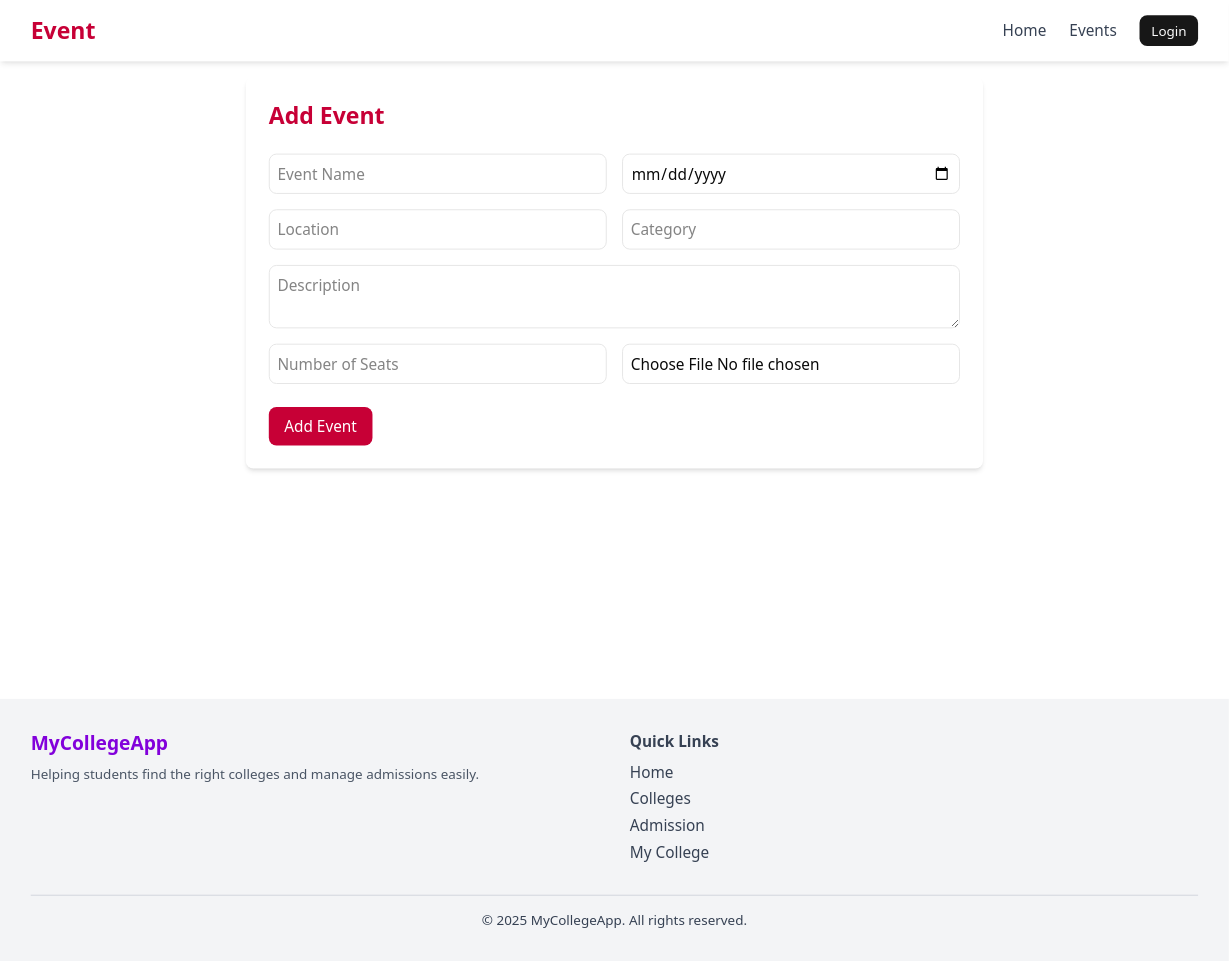
Repository: shshafin/event-client
Page: /add-event
An editor plug-in stored every save of this project. The page is shown before and after the next save, followed by the edit.
The browser window is 1280 px wide. The pictures show the whole page, at 96% of full size.
The page's requests for data from a server got no answer. The project was rebuilt for these pictures with package versions that can differ from the ones it lists, and the page was loaded fresh each time. The framework's server and built-in components were replaced by stand-ins that run in the browser. No one was signed in, and anything a server would have sent is missing. Also part of the build but not shown: next.config.ts, src/components/ui/dropdown-menu.tsx.

Above is the page before, as saved 2025-10-30 01:04:59.

### src/app/layout.tsx
import "@/styles/globals.css";
import { Viewport } from "next";
import clsx from "clsx";

import { fontSans } from "@/config/font";
import { Providers } from "@/lib/provider";

export const viewport: Viewport = {
  themeColor: [
    { media: "(prefers-color-scheme: light)", color: "white" },
    { media: "(prefers-color-scheme: dark)", color: "black" },
  ],
};

export default function RootLayout({
  children,
}: {
  children: React.ReactNode;
}) {
  return (
    <html
      suppressHydrationWarning
      lang="en">
      <head />
      <body
        className={clsx(
          "min-h-screen bg-background font-sans antialiased",
          fontSans.variable
        )}>
        <Providers>{children}</Providers>
      </body>
    </html>
  );
}

### src/app/(withCommonLayout)/layout.tsx
import Footer from "@/components/ui/Footer";
import Navbar from "@/components/ui/Navbar";
import React from "react";

const withCommonLayout = ({ children }: { children: React.ReactNode }) => {
  return (
    <div className="relative flex flex-col h-screen">
      <Navbar />
      <main>{children}</main>
      <Footer />
    </div>
  );
};

export default withCommonLayout;

### src/app/(withCommonLayout)/(admin)/add-event/page.tsx
"use client";

import { useState } from "react";
import { zodResolver } from "@hookform/resolvers/zod";
import * as z from "zod";
import { useAddEvent } from "@/hooks/event.hook";
import FXForm from "@/components/form/FXForm";
import { useFormContext } from "react-hook-form";

// Event validation schema
const eventSchema = z.object({
  name: z.string().min(1, "Event name is required"),
  date: z.string().min(1, "Date is required"),
  location: z.string().min(1, "Location is required"),
  category: z.string().min(1, "Category is required"),
  description: z.string().min(1, "Description is required"),
  numberOfSeats: z.number().min(1, "Number of seats must be at least 1"),
  image: z.any(),
});

type EventFormValues = z.infer<typeof eventSchema>;

// Input fields using useFormContext
const EventFormInputs = () => {
  const {
    register,
    formState: { errors },
  } = useFormContext<EventFormValues>();

  return (
    <div className="grid gap-4 sm:grid-cols-1 md:grid-cols-2">
      <div className="flex flex-col">
        <input
          type="text"
          placeholder="Event Name"
          {...register("name")}
          className="border p-2 rounded-md w-full"
        />
        {errors.name && (
          <p className="text-red-500 text-sm">{errors.name.message}</p>
        )}
      </div>

      <div className="flex flex-col">
        <input
          type="date"
          {...register("date")}
          className="border p-2 rounded-md w-full"
        />
        {errors.date && (
          <p className="text-red-500 text-sm">{errors.date.message}</p>
        )}
      </div>

      <div className="flex flex-col">
        <input
          type="text"
          placeholder="Location"
          {...register("location")}
          className="border p-2 rounded-md w-full"
        />
        {errors.location && (
          <p className="text-red-500 text-sm">{errors.location.message}</p>
        )}
      </div>

      <div className="flex flex-col">
        <input
          type="text"
          placeholder="Category"
          {...register("category")}
          className="border p-2 rounded-md w-full"
        />
        {errors.category && (
          <p className="text-red-500 text-sm">{errors.category.message}</p>
        )}
      </div>

      <div className="flex flex-col md:col-span-2">
        <textarea
          placeholder="Description"
          {...register("description")}
          className="border p-2 rounded-md w-full"
        />
        {errors.description && (
          <p className="text-red-500 text-sm">{errors.description.message}</p>
        )}
      </div>

      <div className="flex flex-col">
        <input
          type="number"
          placeholder="Number of Seats"
          {...register("numberOfSeats", { valueAsNumber: true })}
          className="border p-2 rounded-md w-full"
        />
        {errors.numberOfSeats && (
          <p className="text-red-500 text-sm">{errors.numberOfSeats.message}</p>
        )}
      </div>

      <div className="flex flex-col">
        <input
          type="file"
          accept="image/*"
          {...register("image")}
          className="border p-2 rounded-md w-full"
        />
      </div>
    </div>
  );
};

export default function AddEventPage() {
  const { mutateAsync, isPending } = useAddEvent();
  const [error, setError] = useState<string | null>(null);

  const handleSubmit = async (data: EventFormValues) => {
    try {
      const formData = new FormData();
      formData.append("name", data.name);
      formData.append("date", data.date);
      formData.append("location", data.location);
      formData.append("category", data.category);
      formData.append("description", data.description);
      formData.append("numberOfSeats", data.numberOfSeats.toString());

      if (data.image?.length > 0) {
        formData.append("image", data.image[0]);
      }

      await mutateAsync(formData);
      alert("Event created successfully!");
    } catch (err: any) {
      setError(err.message || "Failed to create event");
    }
  };

  return (
    <section className="h-150">
      <div className="max-w-3xl mx-auto mt-20 p-4 sm:p-6 bg-white shadow-md rounded-md">
        <h2 className="text-2xl font-bold mb-6 text-rose-700 text-center sm:text-left">
          Add Event
        </h2>

        <FXForm
          onSubmit={handleSubmit}
          resolver={zodResolver(eventSchema)}>
          <EventFormInputs />

          {error && <p className="text-red-500 mt-2">{error}</p>}

          <button
            type="submit"
            disabled={isPending}
            className="mt-6 w-full sm:w-auto bg-rose-700 text-white py-2 px-4 rounded-md hover:bg-rose-800 transition-colors duration-200">
            {isPending ? "Submitting..." : "Add Event"}
          </button>
        </FXForm>
      </div>
    </section>
  );
}

### src/lib/provider/index.tsx
"use client";

import * as React from "react";
import { QueryClient, QueryClientProvider } from "@tanstack/react-query";
import { Toaster } from "sonner";
import UserProvider from "@/context/user.provider";

export interface ProvidersProps {
  children: React.ReactNode;
}

export function Providers({ children }: ProvidersProps) {
  const queryClient = new QueryClient();

  return (
    <QueryClientProvider client={queryClient}>
      <UserProvider>
        <Toaster
          richColors
          position="top-center"
          closeButton
        />
        {children}
      </UserProvider>
    </QueryClientProvider>
  );
}

### src/components/ui/Footer.tsx
"use client";

import Link from "next/link";

export default function Footer() {
  return (
    <footer className="bg-gray-100 dark:bg-gray-900 text-gray-700 dark:text-gray-300 py-8 mt-12">
      <div className="max-w-7xl mx-auto px-4 sm:px-6 lg:px-8">
        <div className="grid grid-cols-1 md:grid-cols-2 gap-8">
          {/* Logo & description */}
          <div>
            <span className="font-bold text-xl text-purple-700">
              MyCollegeApp
            </span>
            <p className="mt-2 text-sm text-gray-600 dark:text-gray-400">
              Helping students find the right colleges and manage admissions
              easily.
            </p>
          </div>

          {/* Quick Links */}
          <div>
            <h3 className="font-semibold mb-2">Quick Links</h3>
            <ul className="space-y-1">
              <li>
                <Link
                  href="/"
                  className="hover:text-purple-700">
                  Home
                </Link>
              </li>
              <li>
                <Link
                  href="/college"
                  className="hover:text-purple-700">
                  Colleges
                </Link>
              </li>
              <li>
                <Link
                  href="/admission"
                  className="hover:text-purple-700">
                  Admission
                </Link>
              </li>
              <li>
                <Link
                  href="/my-college"
                  className="hover:text-purple-700">
                  My College
                </Link>
              </li>
            </ul>
          </div>
        </div>

        <div className="mt-8 border-t border-gray-300 dark:border-gray-700 pt-4 text-center text-sm">
          © {new Date().getFullYear()} MyCollegeApp. All rights reserved.
        </div>
      </div>
    </footer>
  );
}

### src/hooks/event.hook.ts
import {
  addEvent,
  getEventById,
  getEvents,
  searchEventsByName,
} from "@/services/Event-Service";
import { useQuery, useMutation } from "@tanstack/react-query";

// ✅ Get all events
export const useGetEvents = () => {
  return useQuery({
    queryKey: ["GET_EVENTS"],
    queryFn: async () => await getEvents(),
  });
};

// ✅ Get single event by ID
export const useGetEventById = (id: string) => {
  return useQuery({
    queryKey: ["GET_EVENT", id],
    queryFn: async () => await getEventById(id),
    enabled: !!id,
  });
};

// ✅ Search events by name
export const useSearchEvents = (name: string) => {
  return useQuery({
    queryKey: ["SEARCH_EVENTS", name],
    queryFn: async () => await searchEventsByName(name),
    enabled: !!name,
  });
};

// ✅ Add new event (admin only)
export const useAddEvent = () => {
  return useMutation({
    mutationFn: async (formData: FormData) => await addEvent(formData),
  });
};

### src/components/form/FXForm.tsx
"use client";

import { FormProvider, SubmitHandler, useForm } from "react-hook-form";

interface formConfig {
  defaultValues?: Record<string, any>;
  resolver?: any;
}

interface IProps extends formConfig {
  onSubmit: SubmitHandler<any>;
  children: React.ReactNode;
}

const FXForm = ({ children, onSubmit, defaultValues, resolver }: IProps) => {
  const formConfig: formConfig = {};
  if (!!defaultValues) {
    formConfig["defaultValues"] = defaultValues;
  }
  if (!!resolver) {
    formConfig["resolver"] = resolver;
  }
  const methods = useForm(formConfig);
  const submitHandler = methods.handleSubmit;
  return (
    <FormProvider {...methods}>
      <form onSubmit={submitHandler(onSubmit)}>{children}</form>
    </FormProvider>
  );
};

export default FXForm;

### src/context/user.provider.tsx
"use client";

import {
  createContext,
  Dispatch,
  SetStateAction,
  useContext,
  useEffect,
  useState,
} from "react";
import { IUser } from "../types";
import { getCurrentUser } from "../services/AuthService";

interface IUserProviderValues {
  user: IUser | null;
  isLoading: boolean;
  setUser: (user: IUser | null) => void;
  setIsLoading: Dispatch<SetStateAction<boolean>>;
}

const UserContext = createContext<IUserProviderValues | undefined>(undefined);

const UserProvider = ({ children }: { children: React.ReactNode }) => {
  const [user, setUser] = useState<IUser | null>(null);
  const [isLoading, setIsLoading] = useState(true);

  const handleUser = async () => {
    try {
      const user = await getCurrentUser();
      setUser(user);
    } catch (error) {
      console.error("Failed to fetch user:", error);
      setUser(null);
    } finally {
      setIsLoading(false);
    }
  };

  useEffect(() => {
    handleUser();
  }, []);

  return (
    <UserContext.Provider value={{ user, setUser, isLoading, setIsLoading }}>
      {children}
    </UserContext.Provider>
  );
};

export const useUser = () => {
  const context = useContext(UserContext);

  if (context === undefined) {
    throw new Error("useUser must be used within the UserProvider context");
  }

  return context;
};

export default UserProvider;

### src/components/ui/button.tsx
import * as React from "react"
import { Slot } from "@radix-ui/react-slot"
import { cva, type VariantProps } from "class-variance-authority"

import { cn } from "@/lib/utils"

const buttonVariants = cva(
  "inline-flex items-center justify-center gap-2 whitespace-nowrap rounded-md text-sm font-medium transition-all disabled:pointer-events-none disabled:opacity-50 [&_svg]:pointer-events-none [&_svg:not([class*='size-'])]:size-4 shrink-0 [&_svg]:shrink-0 outline-none focus-visible:border-ring focus-visible:ring-ring/50 focus-visible:ring-[3px] aria-invalid:ring-destructive/20 dark:aria-invalid:ring-destructive/40 aria-invalid:border-destructive",
  {
    variants: {
      variant: {
        default: "bg-primary text-primary-foreground hover:bg-primary/90",
        destructive:
          "bg-destructive text-white hover:bg-destructive/90 focus-visible:ring-destructive/20 dark:focus-visible:ring-destructive/40 dark:bg-destructive/60",
        outline:
          "border bg-background shadow-xs hover:bg-accent hover:text-accent-foreground dark:bg-input/30 dark:border-input dark:hover:bg-input/50",
        secondary:
          "bg-secondary text-secondary-foreground hover:bg-secondary/80",
        ghost:
          "hover:bg-accent hover:text-accent-foreground dark:hover:bg-accent/50",
        link: "text-primary underline-offset-4 hover:underline",
      },
      size: {
        default: "h-9 px-4 py-2 has-[>svg]:px-3",
        sm: "h-8 rounded-md gap-1.5 px-3 has-[>svg]:px-2.5",
        lg: "h-10 rounded-md px-6 has-[>svg]:px-4",
        icon: "size-9",
        "icon-sm": "size-8",
        "icon-lg": "size-10",
      },
    },
    defaultVariants: {
      variant: "default",
      size: "default",
    },
  }
)

function Button({
  className,
  variant,
  size,
  asChild = false,
  ...props
}: React.ComponentProps<"button"> &
  VariantProps<typeof buttonVariants> & {
    asChild?: boolean
  }) {
  const Comp = asChild ? Slot : "button"

  return (
    <Comp
      data-slot="button"
      className={cn(buttonVariants({ variant, size, className }))}
      {...props}
    />
  )
}

export { Button, buttonVariants }

### src/services/AuthService/index.ts
"use server";
import { axiosInstance } from "@/lib/AxiosInstance";
import { cookies } from "next/headers";
import { FieldValues } from "react-hook-form";

// ! Register User
export const registerUser = async (userData: FieldValues) => {
  try {
    const { data } = await axiosInstance.post("/users/register", userData);
    return data;
  } catch (error: any) {
    throw new Error(error);
  }
};

// ! Login User
export const loginUser = async (userData: FieldValues) => {
  try {
    const { data } = await axiosInstance.post("/auth/login", userData);
    if (data?.success) {
      (await cookies()).set("access_token", data?.data?.accessToken);
    }
    return data;
  } catch (error: any) {
    throw new Error(error);
  }
};

// ! Logout User
export const logoutUser = async () => {
  (await cookies()).delete("access_token");
};

// ! get user
export const getCurrentUser = async () => {
  const accessToken = (await cookies()).get("access_token")?.value;

  if (!accessToken) return null;

  try {
    const { data } = await axiosInstance.get("/auth/me", {
      headers: {
        Authorization: `Bearer ${accessToken}`,
      },
    });

    return data;
  } catch (err) {
    console.error("Failed to fetch current user:", err);
    return null;
  }
};

### src/services/Event-Service/index.ts
"use server";

import { axiosInstance } from "@/lib/AxiosInstance";
import { getToken } from "../AdmissionService";

// Get all events
export const getEvents = async () => {
  try {
    const { data } = await axiosInstance.get("/events/all");
    return data;
  } catch (error: any) {
    throw new Error(error?.response?.data?.message || "Failed to fetch events");
  }
};

// Get single event by ID
export const getEventById = async (id: string) => {
  try {
    const { data } = await axiosInstance.get(`/events/${id}`);
    return data;
  } catch (error: any) {
    throw new Error(error?.response?.data?.message || "Failed to fetch event");
  }
};

// Add new event (admin only)
export const addEvent = async (payload: FormData) => {
  try {
    const token = await getToken();

    const { data } = await axiosInstance.post("/events/create", payload, {
      headers: {
        Authorization: `Bearer ${token}`,
        "Content-Type": "multipart/form-data",
      },
    });

    return data;
  } catch (error: any) {
    throw new Error(error?.response?.data?.message || "Failed to create event");
  }
};

// Search events by name
export const searchEventsByName = async (name: string) => {
  try {
    const { data } = await axiosInstance.get("/events/search", {
      params: { name },
    });
    return data;
  } catch (error: any) {
    throw new Error(
      error?.response?.data?.message || "Failed to search events"
    );
  }
};

### src/lib/AxiosInstance/index.ts
"use server";

import { envConfig } from "@/config/envConfig";
import axios from "axios";
import { cookies } from "next/headers";

export const axiosInstance = axios.create({
  baseURL: envConfig.base_Api,
});

axiosInstance.interceptors.request.use(
  async (config) => {
    try {
      const cookieStore = await cookies(); //
      const cookie = cookieStore.get("accessToken");
      const accessToken = cookie?.value;

      if (accessToken && config.headers) {
        config.headers.Authorization = `Bearer ${accessToken}`;
      }

      return config;
    } catch (err) {
      console.error("Axios request interceptor error:", err);
      return config;
    }
  },
  (error) => {
    return Promise.reject(error);
  }
);

axiosInstance.interceptors.response.use(
  (response) => response,
  (error) => {
    console.error(
      "Axios response error:",
      error.response?.data || error.message
    );
    return Promise.reject(error);
  }
);

### src/services/AdmissionService/index.ts
"use server";

import { axiosInstance } from "@/lib/AxiosInstance";
import { cookies } from "next/headers";

// Helper to get token from cookies
export const getToken = async () => {
  const cookieStore = await cookies();
  const token = cookieStore.get("access_token")?.value;
  if (!token)
    throw new Error("Authentication token not found. Please login again.");
  return token;
};

// Create Admission
export const createAdmission = async (formData: FormData) => {
  try {
    const token = await getToken();

    const { data } = await axiosInstance.post("/admissions/create", formData, {
      headers: {
        "Content-Type": "multipart/form-data",
        Authorization: `Bearer ${token}`,
      },
    });

    console.log("Admission created successfully:", data);
    return data;
  } catch (error: any) {
    console.error(
      "Create admission error:",
      error.response?.data || error.message
    );
    throw new Error(
      error.response?.data?.message ||
        "Failed to create admission. Please try again."
    );
  }
};

// Get My Admissions
export const getMyAdmissions = async () => {
  try {
    const token = await getToken();

    const { data } = await axiosInstance.get("/admissions/my", {
      headers: {
        Authorization: `Bearer ${token}`,
      },
    });

    console.log("My admissions retrieved:", data);
    return data;
  } catch (error: any) {
    console.error(
      "Get my admissions error:",
      error.response?.data || error.message
    );
    throw new Error(
      error.response?.data?.message || "Failed to fetch your admissions."
    );
  }
};

// Get Admission by ID
export const getAdmissionById = async (id: string) => {
  try {
    const token = await getToken();

    const { data } = await axiosInstance.get(`/admissions/${id}`, {
      headers: {
        Authorization: `Bearer ${token}`,
      },
    });

    return data;
  } catch (error: any) {
    console.error(
      "Get admission by ID error:",
      error.response?.data || error.message
    );
    throw new Error(
      error.response?.data?.message || "Failed to fetch admission details."
    );
  }
};

// edit Admission
export const editAdmission = async (id: any, admissionData: any) => {
  try {
    const token = await getToken();

    const { data } = await axiosInstance.patch(
      `/admissions/update/${id}`,
      admissionData,
      {
        headers: {
          "Content-Type": "application/json",
          Authorization: `Bearer ${token}`,
        },
      }
    );

    console.log("Admission updated successfully:", data);
    return data;
  } catch (error: any) {
    console.error(
      "Edit admission error:",
      error.response?.data || error.message
    );
    throw new Error(
      error.response?.data?.message ||
        "Failed to update admission. Please try again."
    );
  }
};

### src/config/envConfig.ts
export const envConfig = {
  base_Api: process.env.NEXT_PUBLIC_BASE_API,
  base_Url: process.env.NEXT_PUBLIC_BASE_URL,
};

Loaded but not shown: src/styles/globals.css (common file); src/config/font.ts (common file); src/lib/utils.ts (common file); src/components/ui/Navbar.tsx (200 lines, source omitted)

After the next save:
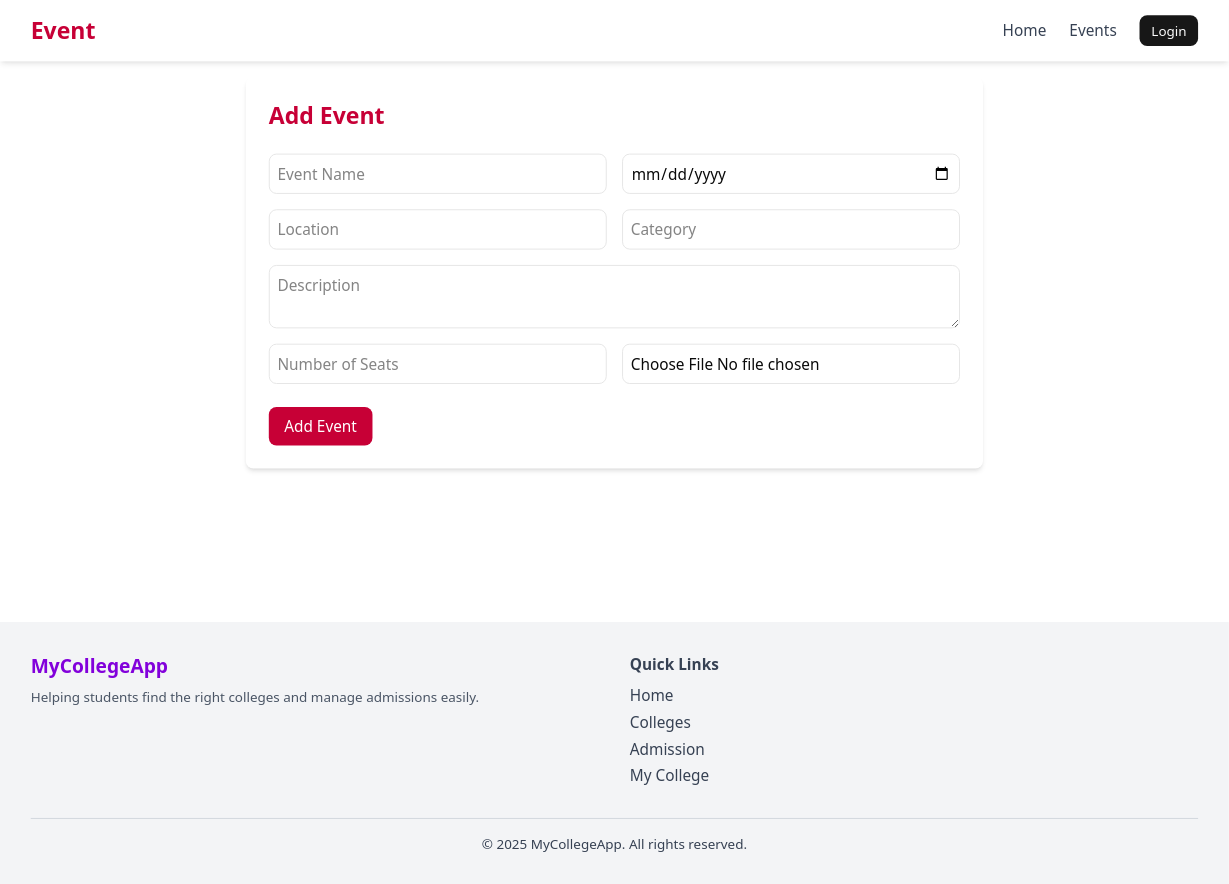
Saved 13 s later.
--- a/src/app/(withCommonLayout)/(admin)/add-event/page.tsx
+++ b/src/app/(withCommonLayout)/(admin)/add-event/page.tsx
@@ -137,7 +137,7 @@ export default function AddEventPage() {
   };
 
   return (
-    <section className="h-150">
+    <section className="h-130">
       <div className="max-w-3xl mx-auto mt-20 p-4 sm:p-6 bg-white shadow-md rounded-md">
         <h2 className="text-2xl font-bold mb-6 text-rose-700 text-center sm:text-left">
           Add Event
